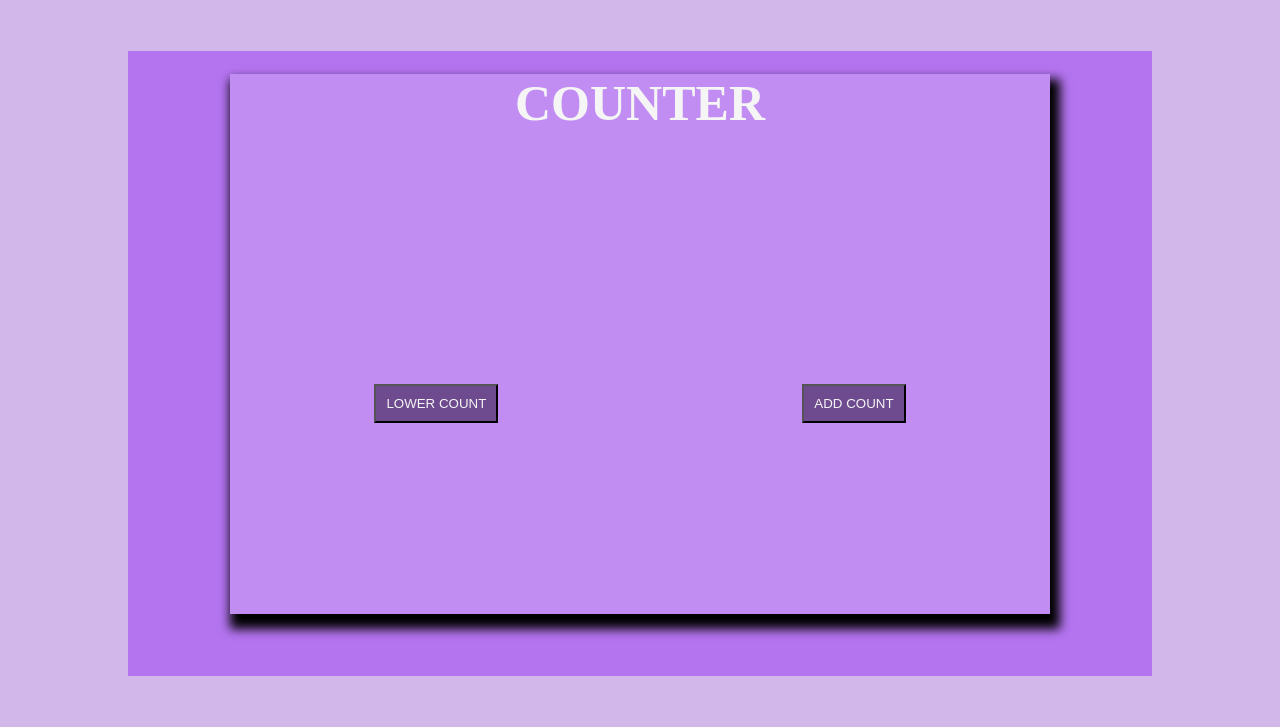
Repository: AnahitKhechumyan/Counter
Page: index.html
The author's editor kept a copy of each file at every save. The page is drawn from the files as they stood at one save, then again after the next save.
The browser window is 1280 px wide. The pictures show the whole page.

Above is the page before, as saved 2022-02-14 20:29:13.
Console error: TypeError: Cannot set properties of null (setting 'innerHTML')

### index.html
<!DOCTYPE html>
<html lang="en">
<head>
    <meta charset="UTF-8">
    <meta http-equiv="X-UA-Compatible" content="IE=edge">
    <meta name="viewport" content="width=device-width, initial-scale=1.0">
    <link rel="stylesheet" href="style.css">
    <script src= "script.js"></script>
    <title>Document</title>
</head>
<body>
    <div class="container">
        <div class="main">
            <div class="header">COUNTER</div>
            <input class= "counter" type= "text">
            <div class = "change">
                 <button class ="decrement" type="button">LOWER COUNT</button>
                 <button class ="increment" type="button">ADD COUNT</button>
            </div>
        </div>
    </div>
    <script src= "script.js"></script>
</body>
</html>

### style.css
body{
    margin: 0;
    background-color: rgb(210, 183, 235);
}
.container{
    background-color: rgb(180, 116, 240);
    width: 80%;
    height: 85vh;
    margin: 4% 10%;
    padding-top: 1%;

}
.main{
    background-color: rgb(194, 141, 243);
    width: 80%;
    height: 75vh;
    margin: 1% 10%;
    box-shadow: 5px 10px 10px 5px;
    text-align: center;
}
.header{
    text-align: center;
    color:whitesmoke;
    font-size: 50px;
    font-weight: 700;
}

input{
    background-color:rgb(194, 141, 243) ;
    width: 20%;
    border:none;
    font-size:200px;
    color:rgb(63, 33, 92);
    text-align: center;
}
 .change{
    padding:20px;
 }
.decrement{
    padding:10px;
   margin-right: 150px;
   background-color: rgb(110, 74, 143);
   color:whitesmoke;
}
.decrement:hover{
    background-color:whitesmoke;
    color:rgb(110, 74, 143);
    cursor:pointer;
}
.increment{
    padding:10px;
    background-color: rgb(110, 74, 143);
    margin-left: 150px;
    color:whitesmoke;
}
.increment:hover{
    background-color:whitesmoke;
    color:rgb(110, 74, 143);
    cursor:pointer;
}

### script.js
let counterElem = document.querySelector('.counter');
let addCount = document.querySelector('.increment');
let lowerCount =document.querySelector('.decrement');

    let count = 0;

    updateDisplay();

 addCount.addEventListener("click",()=>{
    count++;
    updateDisplay();
});
lowerCount.addEventListener("click",()=>{
    count--;
    updateDisplay();
});
function updateDisplay(){
    counterElem.innerHTML = count;
};

After the next save:
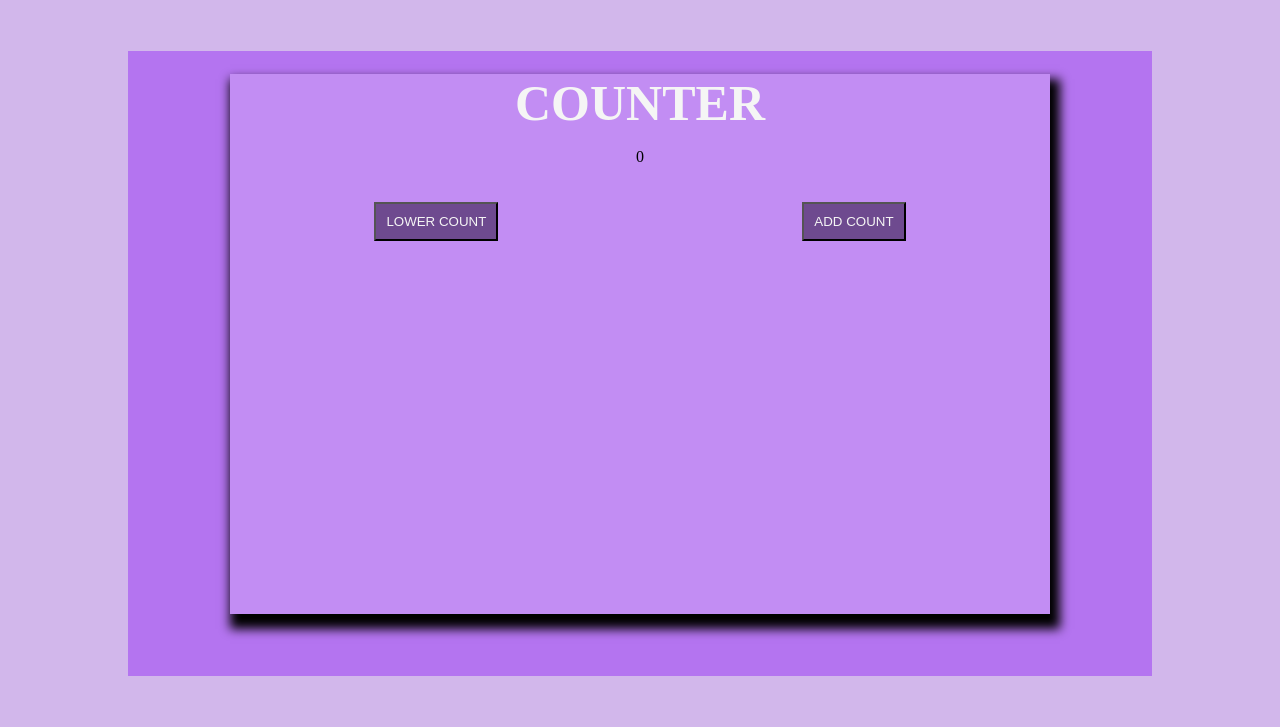
Saved 44 s later.
--- a/index.html
+++ b/index.html
@@ -12,7 +12,7 @@
     <div class="container">
         <div class="main">
             <div class="header">COUNTER</div>
-            <input class= "counter" type= "text">
+            <p class= "counter">0</p>
             <div class = "change">
                  <button class ="decrement" type="button">LOWER COUNT</button>
                  <button class ="increment" type="button">ADD COUNT</button>
